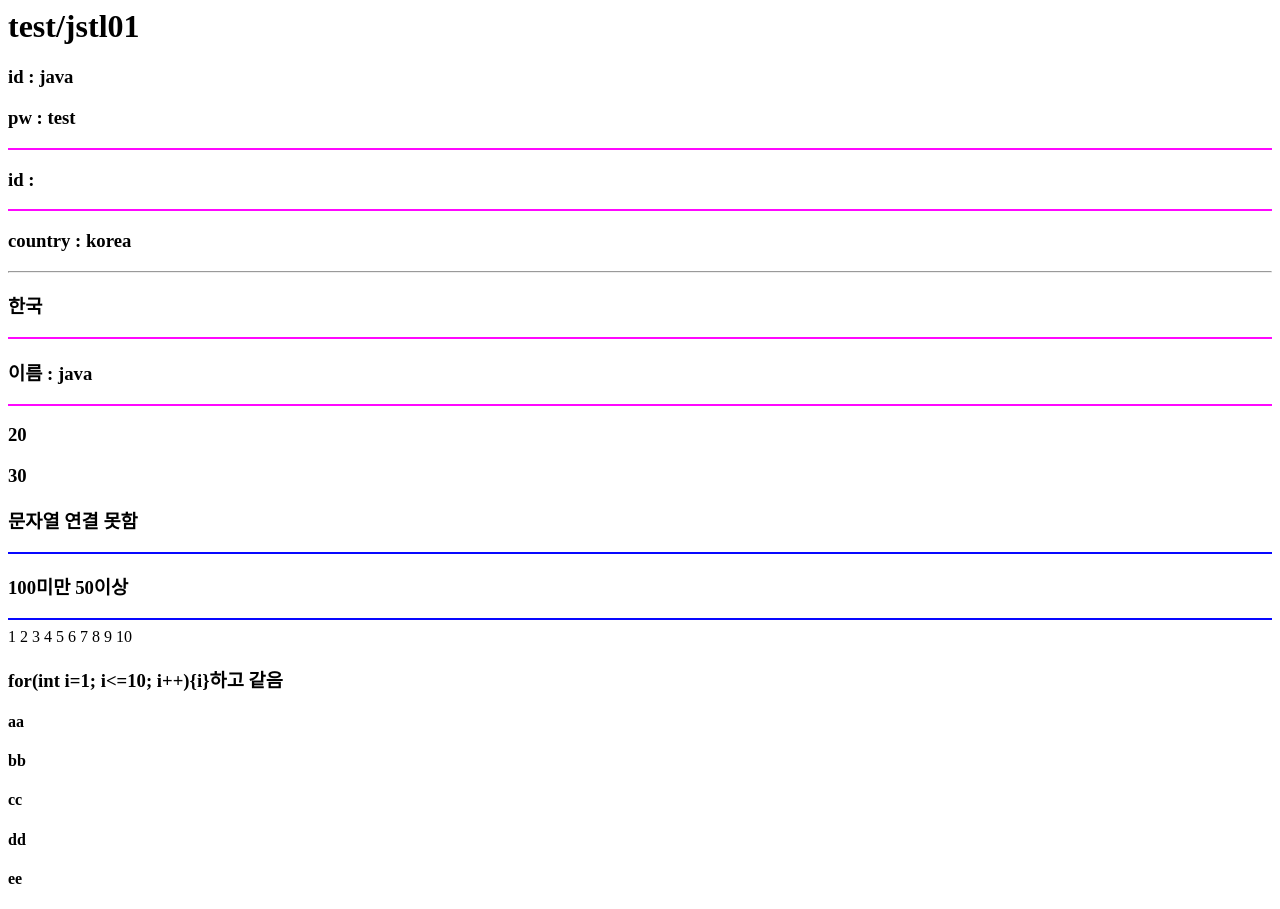
Repository: khsik/Woori-Computer-Academy
Page: http://localhost/mvc/WEB-INF/views/test/jstl01.jsp
These files come from the project's save history. The page is drawn as it stood at one moment and after the next save; the edit follows.
The browser window is 1280 px wide. The pictures show the whole page.
The page is served by Tomcat 9. Nobody is signed in. Other server files are loaded and not shown. The template is opened directly, without the code that normally fills it, so the values that code supplies are empty.

Above is the page before, as saved 2024-05-13 05:49:06.

### mvc/src/main/webapp/WEB-INF/views/test/jstl01.jsp
<%@ page language="java" contentType="text/html; charset=UTF-8"
    pageEncoding="UTF-8"%>
<%@ taglib prefix="c" uri="http://java.sun.com/jsp/jstl/core" %>
<%@ taglib prefix="fmt" uri="http://java.sun.com/jsp/jstl/fmt" %>

<h1>test/jstl01</h1>
<c:set var="id" value="java"></c:set>
<c:set var="pw" value="test"/>
<h3>id : ${id}</h3>
<h3>pw : ${pw}</h3>

<hr color="#ff08ff">
<c:remove var="id"/>
<h3>id : ${id}</h3>


<hr color="#ff08ff">
<c:set var="country" value="korea"/>

<c:if test="${country != null}">
	<h3>country : ${country}</h3>
</c:if>

<c:if test="${country == null}">
	<h3>나라 없음</h3>
</c:if>
<hr>
<c:if test="${country == 'korea'}">
	<h3>한국</h3>
</c:if>

<hr color="#ff08ff">
<c:set var="name" value="java" />
<c:if test="${ name != null}">
	<h3>이름 : ${ name }</h3>
</c:if>

<c:if test="${ name == null }">
	<h3>이름 없음</h3>
</c:if>

<hr color="#ff08ff">
<h3>${ 10+10 }</h3>
<h3>${ "10"+'10'+10 }</h3>
<h3>문자열 연결 못함</h3>

<hr color="#0808ff">
<c:set var="count" value="55"/>
<h3>
<c:choose>
	<c:when test="${ count >= 100 }">100이상</c:when>
	<c:when test="${ count >= 50 }">100미만 50이상</c:when>
	<c:when test="${ count >= 0 }">50미만 0이상</c:when>
</c:choose>
</h3>

<hr color="#0808ff">
<c:forEach var="i" begin="1" end="10" step="1">
	${i}
</c:forEach>
<h3>for(int i=1; i&lt;=10; i++){i}하고 같음</h3>

<c:forTokens var="i" items="aa,bb,cc,dd,ee" delims=",">
	<h4>${i}</h4>
</c:forTokens>

After the next save:
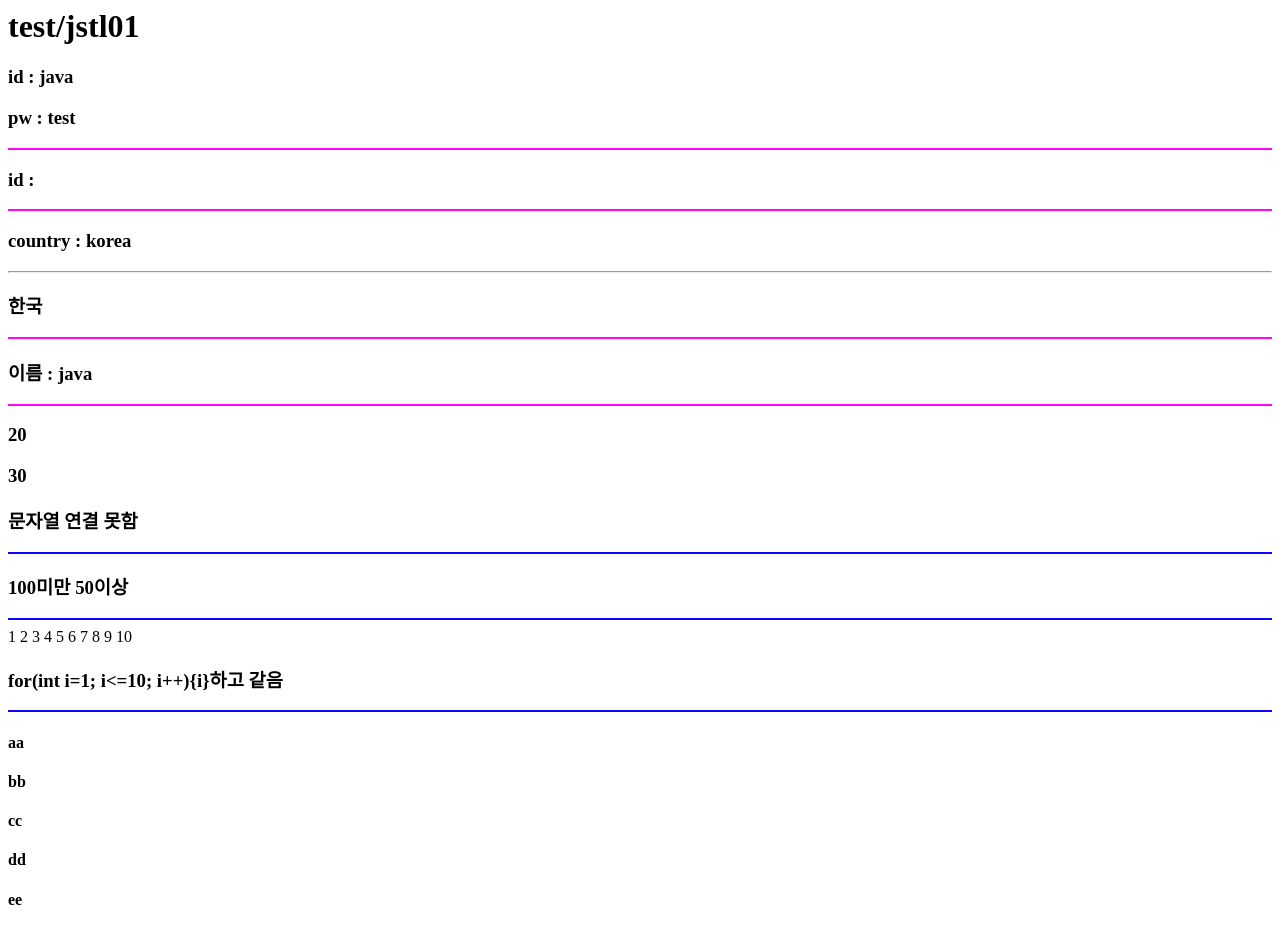
Saved 15 s later.
--- a/mvc/src/main/webapp/WEB-INF/views/test/jstl01.jsp
+++ b/mvc/src/main/webapp/WEB-INF/views/test/jstl01.jsp
@@ -60,6 +60,7 @@
 </c:forEach>
 <h3>for(int i=1; i&lt;=10; i++){i}하고 같음</h3>
 
+<hr color="#0808ff">
 <c:forTokens var="i" items="aa,bb,cc,dd,ee" delims=",">
 	<h4>${i}</h4>
 </c:forTokens>
